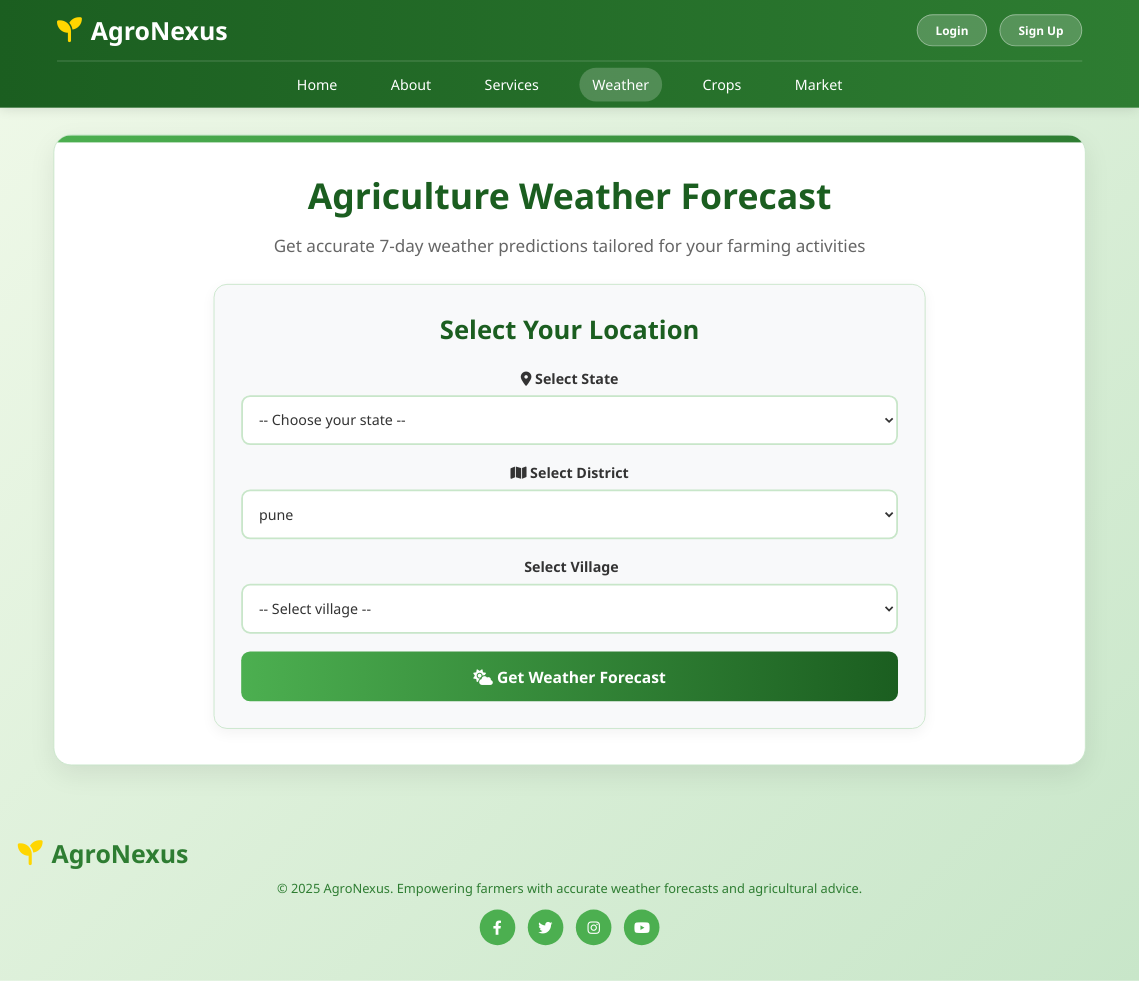
Repository: Sanika-ce/AgroNexus
Page: wheather.html
An editor plug-in stored every save of this project. The page is shown before and after the next save, followed by the edit.
The browser window is 1280 px wide. The pictures show the whole page, at 89% of full size.

Above is the page before, as saved 2025-08-02 17:48:25.
Not found: weather.js

### wheather.html
<!DOCTYPE html>
<html lang="en">
<head>
    <meta charset="UTF-8">
    <meta name="viewport" content="width=device-width, initial-scale=1.0">
    <title>AgroNexus - Weather Forecast</title>
    <link rel="stylesheet" href="https://cdnjs.cloudflare.com/ajax/libs/font-awesome/6.4.0/css/all.min.css">
    <link href="https://fonts.googleapis.com/css2?family=Poppins:wght@300;400;500;600;700&family=Roboto+Slab:wght@400;600&display=swap" rel="stylesheet">
    <link rel="stylesheet" href="wheather.css">
</head>

</head>
<body>
    <!-- Header -->
    <header>
        <div class="top-bar">
            <div class="logo">
                <i class="fas fa-seedling"></i>
                AgroNexus
            </div>
            <div class="auth-buttons">
                <button>Login</button>
                <button>Sign Up</button>
            </div>
        </div>

        <nav>
            <ul>
                <li><a href="#">Home</a></li>
                <li><a href="#">About</a></li>
                <li><a href="#">Services</a></li>
                <li><a href="#" class="active">Weather</a></li>
                <li><a href="#">Crops</a></li>
                <li><a href="#">Market</a></li>
            </ul>
        </nav>
    </header>

    <!-- Main Content -->
    <div class="container">
        <section class="hero">
            <h1>Agriculture Weather Forecast</h1>
            <p>Get accurate 7-day weather predictions tailored for your farming activities</p>

            <div class="location-selector">
                <h2>Select Your Location</h2>

                <div class="select-group">
                    <label for="state"><i class="fas fa-map-marker-alt"></i> Select State</label>
                    <select id="state">
                        <option value="">-- Choose your state --</option>
                        <option value="maharashtra">Maharashtra</option>
                        <option value="punjab">Punjab</option>
                        <option value="gujarat">Gujarat</option>
                        <option value="tamilnadu">Tamil Nadu</option>
                        <option value="karnataka">Karnataka</option>
                        <option value="uttarpradesh">Uttar Pradesh</option>
                    </select>
                </div>

                <div class="select-group">
                    <label for="district"><i class="fas fa-map"></i> Select District</label>
                    <select id="Maharashtra">
                        <option value=" pune"> pune</option>
                        <option value=" mumbai"> mumbai</option>
                        <option value="  nashik"> nashik</option>
                        <option value=" nagpur"> nagpur</option>

                    </select>
                </div>

                <div class="select-group">
                    <label for="village"><i class="fas fa-village"></i> Select Village</label>
                    <select id="village">
                        <option value="">-- Select village --</option>
                    </select>
                </div>

                <button class="get-weather-btn" id="getWeatherBtn">
                    <i class="fas fa-cloud-sun"></i> Get Weather Forecast
                </button>
            </div>
        </section>

        <section class="forecast-section" id="forecastSection">
            <div class="location-info" id="locationInfo">
                <h3>7-Day Weather Forecast for</h3>
                <p id="selectedLocation">Nashik, Maharashtra</p>
            </div>

            <h2 class="section-title">Daily Forecast</h2>

            <div class="forecast-cards" id="forecastCards">
                <!-- Forecast cards will be generated by JavaScript -->
            </div>

            <div class="charts-container">
                <div class="chart-card">
                    <h3><i class="fas fa-temperature-high"></i> Temperature Forecast</h3>
                    <div class="chart-container">
                        <canvas id="temperatureChart"></canvas>
                    </div>
                </div>

                <div class="chart-card">
                    <h3><i class="fas fa-tint"></i> Precipitation Forecast</h3>
                    <div class="chart-container">
                        <canvas id="precipitationChart"></canvas>
                    </div>
                </div>
            </div>

            <div class="advisory-container">
                <h3><i class="fas fa-seedling"></i> Agricultural Advisory</h3>
                <p id="advisorySummary">Based on the upcoming weather conditions, here are recommendations for your farming activities</p>

                <div class="advisory-grid" id="advisoryGrid">
                    <!-- Advisory cards will be generated by JavaScript -->
                </div>
            </div>
        </section>
    </div>

    <!-- Footer -->
    <footer>
        <div class="logo">
            <i class="fas fa-seedling"></i>
            AgroNexus
        </div>
        <p>© 2025 AgroNexus. Empowering farmers with accurate weather forecasts and agricultural advice.</p>

        <div class="social-icons">
            <a href="#"><i class="fab fa-facebook-f"></i></a>
            <a href="#"><i class="fab fa-twitter"></i></a>
            <a href="#"><i class="fab fa-instagram"></i></a>
            <a href="#"><i class="fab fa-youtube"></i></a>
        </div>
    </footer>

    <script src="weather.js"></script>
</body>
</html>

### wheather.css
* {
            margin: 0;
            padding: 0;
            box-sizing: border-box;
            font-family: 'Segoe UI', Tahoma, Geneva, Verdana, sans-serif;
        }

        :root {
            --primary: #2e7d32;
            --primary-dark: #1b5e20;
            --primary-light: #4caf50;
            --secondary: #ffd600;
            --background: #f0f9e9;
            --card-bg: #ffffff;
            --text: #333333;
            --text-light: #666666;
            --border: #c8e6c9;
        }

        body {
            background: linear-gradient(135deg, var(--background) 0%, #c8e6c9 100%);
            color: var(--text);
            min-height: 100vh;
            padding-bottom: 20px;
        }

        /* Header Styles */
        header {
            background: linear-gradient(to right, var(--primary-dark), var(--primary));
            color: white;
            padding: 15px 5%;
            box-shadow: 0 4px 12px rgba(0, 0, 0, 0.1);
            position: sticky;
            top: 0;
            z-index: 100;
        }

        .top-bar {
            display: flex;
            justify-content: space-between;
            align-items: center;
            margin-bottom: 15px;
        }

        .logo {
            font-size: 28px;
            font-weight: bold;
            display: flex;
            align-items: center;
        }

        .logo i {
            margin-right: 10px;
            color: var(--secondary);
        }

        .auth-buttons button {
            background: rgba(255, 255, 255, 0.2);
            border: 1px solid rgba(255, 255, 255, 0.4);
            color: white;
            padding: 8px 20px;
            border-radius: 30px;
            margin-left: 10px;
            cursor: pointer;
            font-weight: 600;
            transition: all 0.3s ease;
        }

        .auth-buttons button:hover {
            background: rgba(255, 255, 255, 0.3);
            transform: translateY(-2px);
        }

        nav ul {
            display: flex;
            list-style: none;
            justify-content: center;
            border-top: 1px solid rgba(255, 255, 255, 0.2);
            padding-top: 15px;
        }

        nav li {
            margin: 0 15px;
        }

        nav a {
            color: white;
            text-decoration: none;
            font-weight: 500;
            padding: 8px 15px;
            border-radius: 20px;
            transition: all 0.3s ease;
        }

        nav a:hover, nav a.active {
            background: rgba(255, 255, 255, 0.2);
        }

        /* Main Content Styles */
        .container {
            max-width: 1200px;
            margin: 30px auto;
            padding: 0 20px;
        }

        .hero {
            text-align: center;
            padding: 40px 20px;
            background: var(--card-bg);
            border-radius: 20px;
            box-shadow: 0 10px 30px rgba(0, 0, 0, 0.08);
            margin-bottom: 40px;
            position: relative;
            overflow: hidden;
            border: 1px solid var(--border);
        }

        .hero::before {
            content: "";
            position: absolute;
            top: 0;
            left: 0;
            width: 100%;
            height: 8px;
            background: linear-gradient(to right, var(--primary-light), var(--primary));
        }

        .hero h1 {
            font-size: 2.5rem;
            color: var(--primary-dark);
            margin-bottom: 15px;
        }

        .hero p {
            font-size: 1.2rem;
            color: var(--text-light);
            max-width: 700px;
            margin: 0 auto 30px;
        }

        /* Location Selection */
        .location-selector {
            background: #f8f9fa;
            border-radius: 15px;
            padding: 30px;
            max-width: 800px;
            margin: 0 auto;
            box-shadow: 0 5px 15px rgba(0, 0, 0, 0.05);
            border: 1px solid var(--border);
        }

        .location-selector h2 {
            text-align: center;
            color: var(--primary-dark);
            margin-bottom: 25px;
            font-size: 1.8rem;
        }

        .select-group {
            margin-bottom: 20px;
        }

        .select-group label {
            display: block;
            margin-bottom: 8px;
            font-weight: 600;
            color: var(--text);
        }

        .select-group select {
            width: 100%;
            padding: 14px;
            border: 2px solid var(--border);
            border-radius: 10px;
            font-size: 1rem;
            background: var(--card-bg);
            transition: border-color 0.3s;
            color: var(--text);
        }

        .select-group select:focus {
            border-color: var(--primary);
            outline: none;
            box-shadow: 0 0 0 3px rgba(76, 175, 80, 0.2);
        }

        .get-weather-btn {
            display: block;
            width: 100%;
            padding: 16px;
            background: linear-gradient(to right, var(--primary-light), var(--primary-dark));
            color: white;
            border: none;
            border-radius: 10px;
            font-size: 1.1rem;
            font-weight: 600;
            cursor: pointer;
            transition: all 0.3s ease;
            margin-top: 20px;
        }

        .get-weather-btn:hover {
            transform: translateY(-3px);
            box-shadow: 0 7px 14px rgba(76, 175, 80, 0.4);
        }

        .get-weather-btn:active {
            transform: translateY(-1px);
        }

        /* Weather Forecast */
        .forecast-section {
            margin-top: 50px;
            display: none;
        }

        .location-info {
            text-align: center;
            margin-bottom: 30px;
            background: #e8f5e9;
            padding: 15px;
            border-radius: 10px;
            box-shadow: 0 4px 8px rgba(0,0,0,0.05);
        }

        .location-info h3 {
            font-size: 1.8rem;
            color: var(--primary-dark);
            margin-bottom: 10px;
        }

        .location-info p {
            font-size: 1.2rem;
            color: var(--primary);
        }

        .section-title {
            text-align: center;
            color: var(--primary-dark);
            font-size: 2rem;
            margin-bottom: 30px;
            position: relative;
        }

        .section-title::after {
            content: "";
            display: block;
            width: 80px;
            height: 4px;
            background: var(--primary-light);
            margin: 10px auto;
            border-radius: 2px;
        }

        .forecast-cards {
            display: grid;
            grid-template-columns: repeat(auto-fit, minmax(200px, 1fr));
            gap: 20px;
            margin-top: 20px;
        }

        .forecast-card {
            background: var(--card-bg);
            border-radius: 15px;
            overflow: hidden;
            box-shadow: 0 8px 20px rgba(0, 0, 0, 0.08);
            transition: transform 0.3s ease;
            border: 1px solid var(--border);
        }

        .forecast-card:hover {
            transform: translateY(-10px);
        }

        .card-header {
            background: linear-gradient(to right, var(--primary-light), var(--primary-dark));
            color: white;
            padding: 15px;
            text-align: center;
        }

        .card-header .date {
            font-size: 1.1rem;
            font-weight: 600;
            margin-bottom: 5px;
        }

        .card-header .day {
            font-size: 0.9rem;
            opacity: 0.9;
        }

        .card-body {
            padding: 20px;
            text-align: center;
        }

        .weather-icon {
            font-size: 3rem;
            margin: 10px 0;
            color: var(--primary);
        }

        .temperature {
            font-size: 1.8rem;
            font-weight: 700;
            margin: 10px 0;
            color: var(--text);
        }

        .weather-condition {
            font-size: 1rem;
            color: var(--text-light);
            margin-bottom: 15px;
            height: 40px;
            display: flex;
            align-items: center;
            justify-content: center;
        }

        .weather-details {
            display: flex;
            flex-wrap: wrap;
            justify-content: space-around;
            margin-top: 15px;
            padding-top: 15px;
            border-top: 1px solid #e9ecef;
        }

        .detail {
            text-align: center;
            margin: 5px;
            flex: 1;
            min-width: 70px;
        }

        .detail i {
            font-size: 1rem;
            color: var(--primary);
            margin-bottom: 5px;
        }

        .detail .label {
            font-size: 0.8rem;
            color: var(--text-light);
        }

        .detail .value {
            font-weight: 600;
            color: var(--text);
            font-size: 0.9rem;
        }

        /* Charts */
        .charts-container {
            display: grid;
            grid-template-columns: repeat(auto-fit, minmax(500px, 1fr));
            gap: 25px;
            margin-top: 40px;
        }

        .chart-card {
            background: var(--card-bg);
            border-radius: 15px;
            padding: 25px;
            box-shadow: 0 8px 20px rgba(0, 0, 0, 0.08);
            border: 1px solid var(--border);
        }

        .chart-card h3 {
            color: var(--primary-dark);
            margin-bottom: 20px;
            text-align: center;
            font-size: 1.4rem;
        }

        .chart-container {
            position: relative;
            height: 300px;
        }

        /* Advisory */
        .advisory-container {
            background: #e8f5e9;
            border-radius: 15px;
            padding: 25px;
            margin-top: 40px;
            box-shadow: 0 5px 15px rgba(0, 0, 0, 0.05);
            border: 1px solid var(--border);
        }

        .advisory-container h3 {
            color: var(--primary-dark);
            margin-bottom: 15px;
            text-align: center;
            font-size: 1.5rem;
            display: flex;
            align-items: center;
            justify-content: center;
            gap: 10px;
        }

        .advisory-container p {
            line-height: 1.6;
            color: var(--text);
            text-align: center;
            margin-bottom: 20px;
        }

        .advisory-grid {
            display: grid;
            grid-template-columns: repeat(auto-fit, minmax(250px, 1fr));
            gap: 20px;
            margin-top: 20px;
        }

        .advisory-card {
            background: white;
            border-radius: 10px;
            padding: 20px;
            box-shadow: 0 4px 8px rgba(0,0,0,0.05);
            border-left: 4px solid var(--primary);
        }

        .advisory-card h4 {
            color: var(--primary-dark);
            margin-bottom: 10px;
            display: flex;
            align-items: center;
            gap: 8px;
        }

        .advisory-card p {
            text-align: left;
            font-size: 0.95rem;
            color: var(--text-light);
        }

        /* Footer */
        footer {
            text-align: center;
            padding: 30px 20px 20px;
            color: var(--primary);
            margin-top: 50px;
        }

        footer p {
            margin-top: 10px;
            font-size: 0.9rem;
        }

        .social-icons {
            margin-top: 15px;
        }

        .social-icons a {
            display: inline-block;
            width: 40px;
            height: 40px;
            background: var(--primary-light);
            color: white;
            border-radius: 50%;
            line-height: 40px;
            margin: 0 5px;
            transition: all 0.3s ease;
        }

        .social-icons a:hover {
            background: var(--primary-dark);
            transform: translateY(-3px);
        }

        /* Responsive Design */
        @media (max-width: 768px) {
            .top-bar {
                flex-direction: column;
            }

            .logo {
                margin-bottom: 15px;
            }

            nav ul {
                flex-wrap: wrap;
            }

            nav li {
                margin: 5px;
            }

            .hero h1 {
                font-size: 2rem;
            }

            .hero p {
                font-size: 1rem;
            }

            .section-title {
                font-size: 1.8rem;
            }

            .forecast-cards {
                grid-template-columns: repeat(auto-fit, minmax(150px, 1fr));
            }

            .charts-container {
                grid-template-columns: 1fr;
            }

            .chart-card {
                padding: 15px;
            }

            .chart-container {
                height: 250px;
            }
        }

        @media (max-width: 480px) {
            .auth-buttons button {
                padding: 6px 15px;
                font-size: 0.9rem;
            }

            .hero {
                padding: 30px 15px;
            }

            .location-selector {
                padding: 20px;
            }

            .forecast-cards {
                grid-template-columns: 1fr;
            }
        }

After the next save:
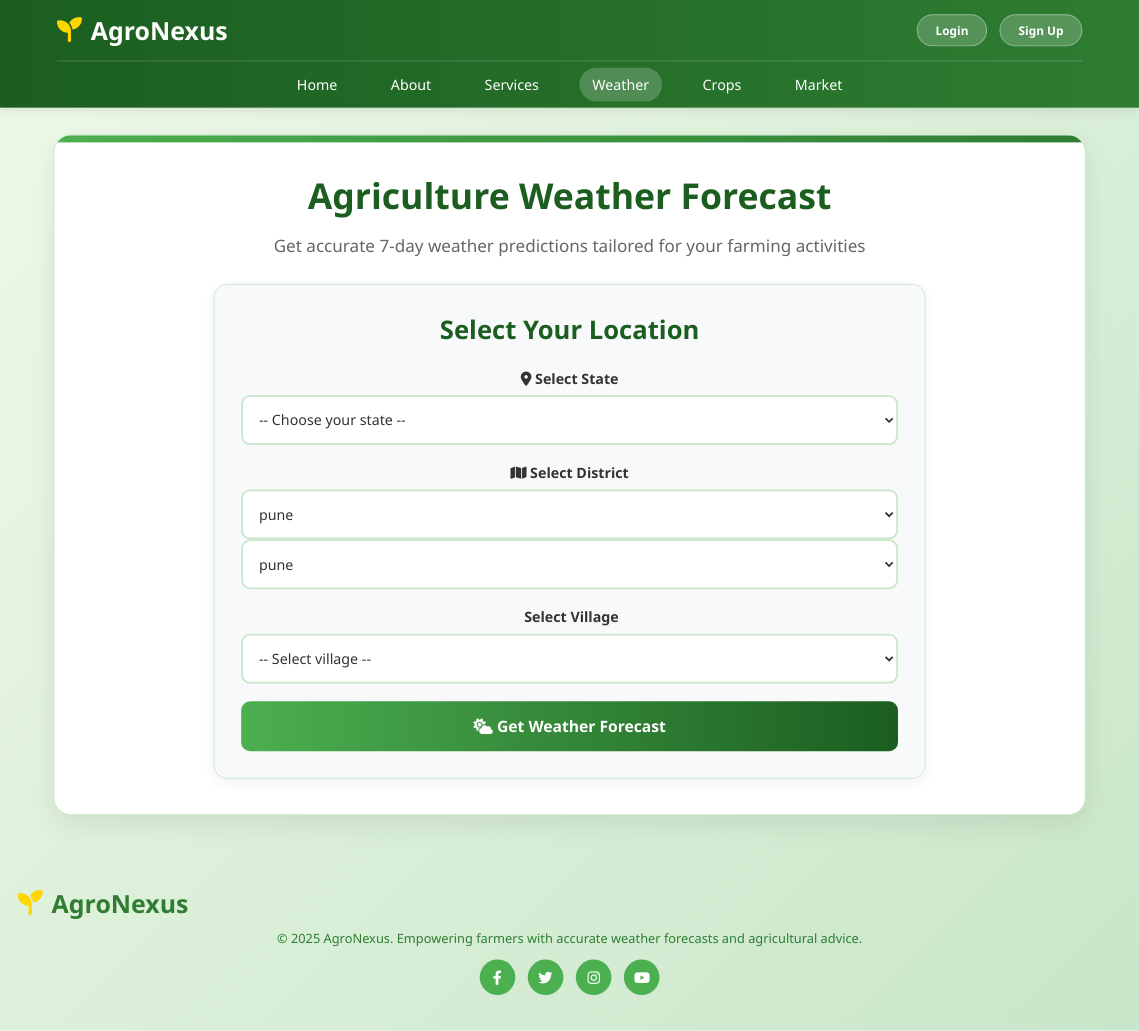
Saved 52 s later.
--- a/wheather.html
+++ b/wheather.html
@@ -65,8 +65,16 @@
                         <option value=" mumbai"> mumbai</option>
                         <option value="  nashik"> nashik</option>
                         <option value=" nagpur"> nagpur</option>
+                    </select>
 
+                <select id="Maharashtra">
+                        <option value=" pune"> pune</option>
+                        <option value=" mumbai"> mumbai</option>
+                        <option value="  nashik"> nashik</option>
+                        <option value=" nagpur"> nagpur</option>
                     </select>
+
+
                 </div>
 
                 <div class="select-group">
